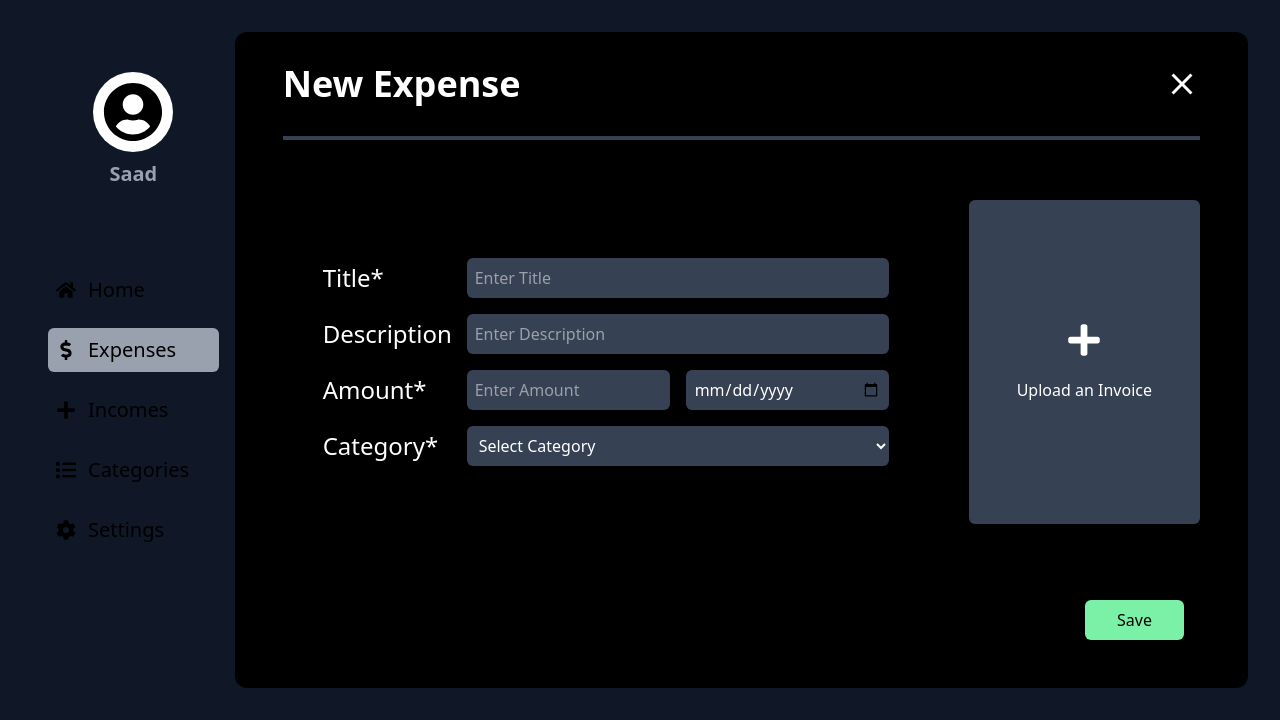
Repository: saad-naveed-brainx/Expense
Page: /expenses
An editor plug-in stored every save of this project. The page is shown before and after a run of saves, followed by the edit.
The browser window is 1280 px wide. The pictures show the whole page.
The project was rebuilt for these pictures with package versions that can differ from the ones it lists, and the page was loaded fresh each time. Also part of the build but not shown: vite.config.js, src/components/LandingPage.jsx, src/components/NotUsed.jsx.

Above is the page before, as saved 2025-09-04 17:35:13.

After the next 2 saves:
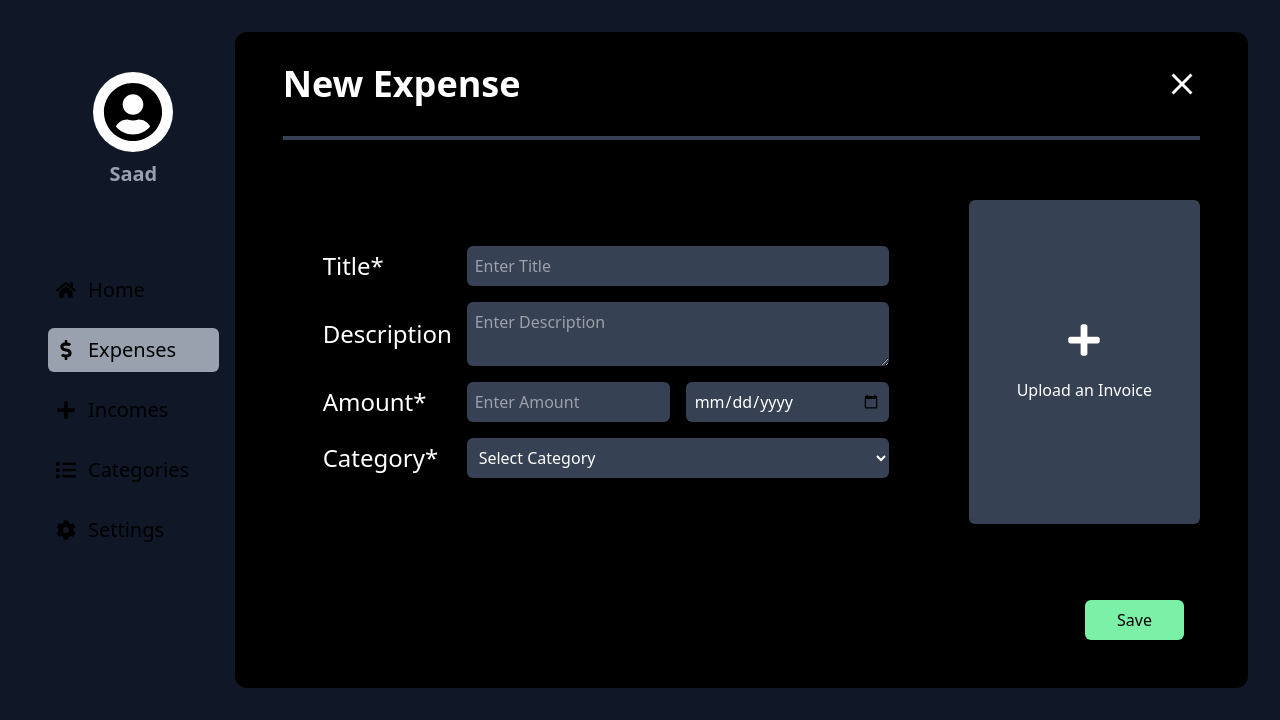
The 2 saves are shown as one change because they came seconds apart.
The last was saved 6 s later.
--- a/src/components/Expenses.jsx
+++ b/src/components/Expenses.jsx
@@ -34,7 +34,7 @@ export default function Expenses() {
             </div>
             <div className='flex gap-4 items-center'>
               <h1 className='text-2xl w-32 shrink-0'>Description</h1>
-              <input type="text" placeholder='Enter Description' className='bg-gray-700 rounded-md p-2 flex-1 min-w-0' {...register("description")} />
+              <textarea type="text" placeholder='Enter Description' className='bg-gray-700 rounded-md p-2 flex-1 min-w-0' {...register("description")} />
             </div>
             <div className='flex gap-4 items-center'>
               <h1 className='text-2xl w-32 shrink-0'>Amount*</h1>
